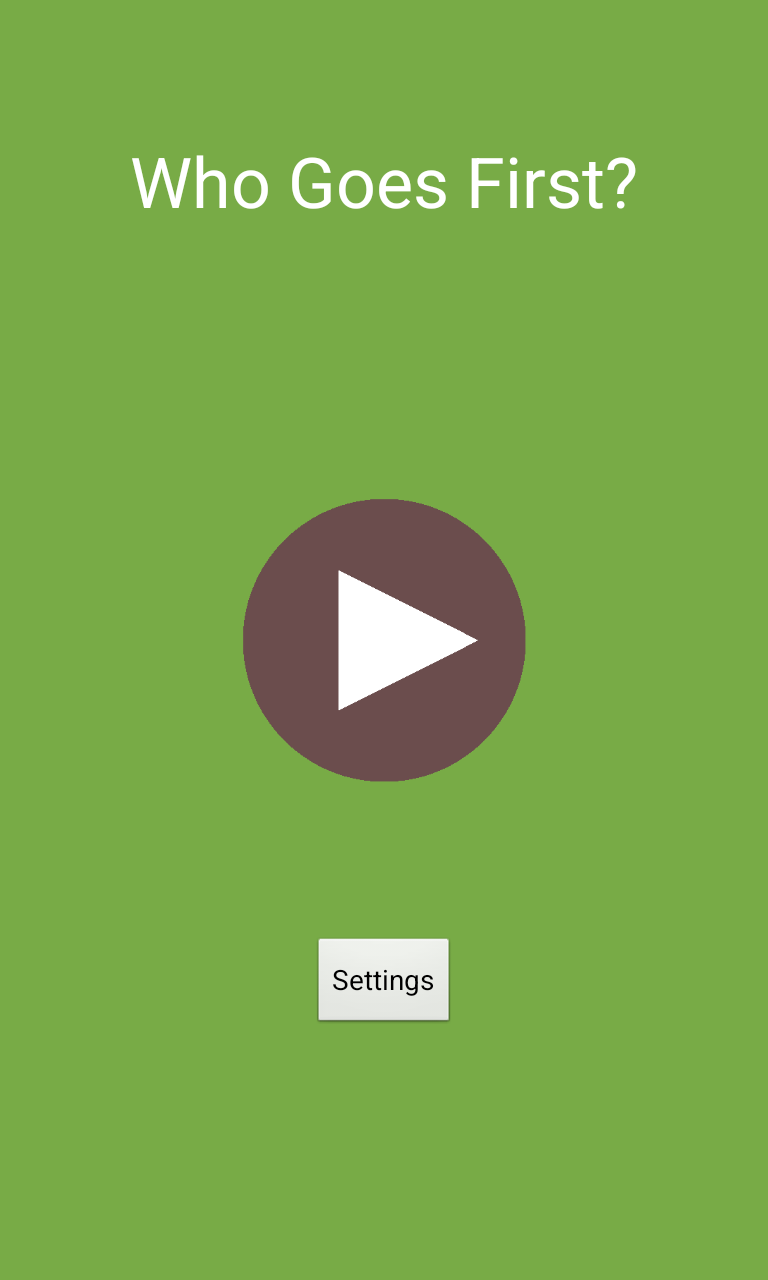
Repository: DarwinLYang/WhoGoesFirstApp
Layout: Who First/WhoFirst/res/layout/fragment_main.xml
An editor plug-in stored every save of this project. The layout is shown before and after the next save, followed by the edit.
It is drawn on a 768 x 1280 px phone screen (xhdpi) without system bars, with theme android:Theme.NoTitleBar.Fullscreen; the app's code is not run.

Above is the layout before, as saved 2014-04-09 21:38:28.

After the next save:
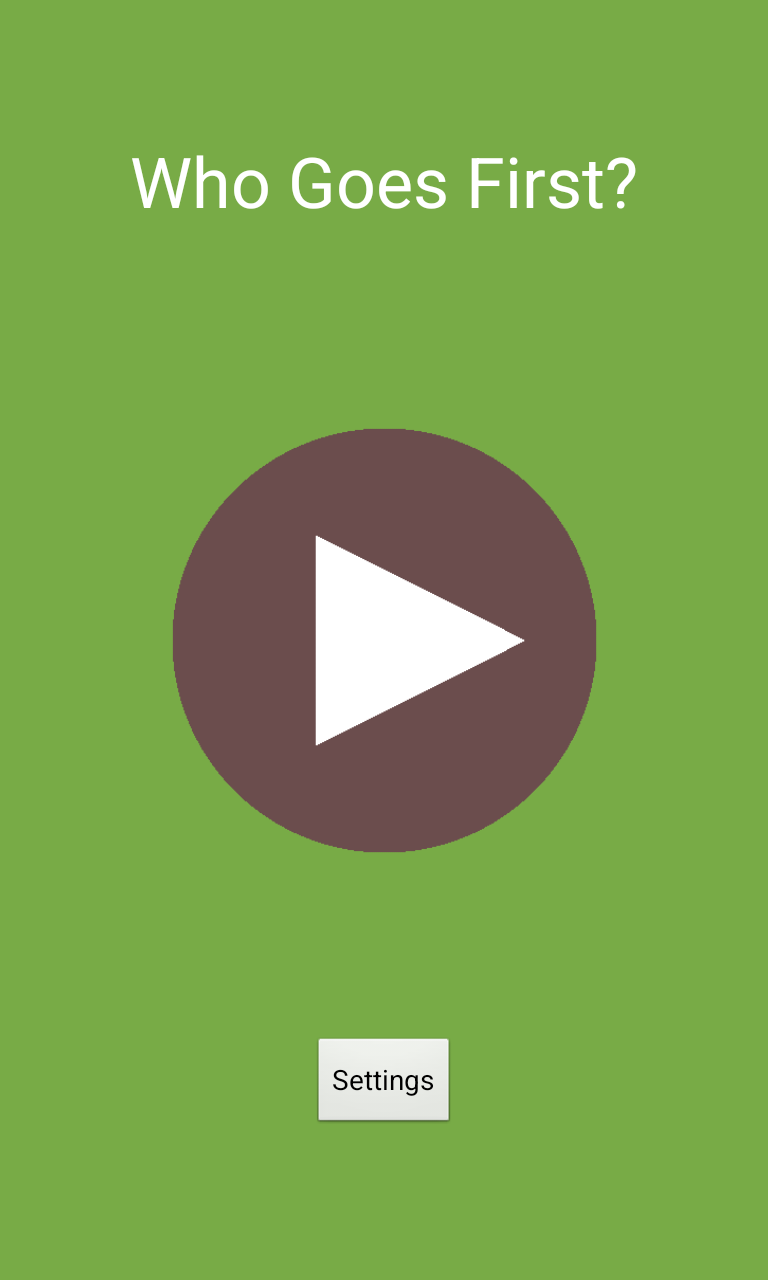
Saved 27 s later.
--- a/Who First/WhoFirst/res/layout/fragment_main.xml
+++ b/Who First/WhoFirst/res/layout/fragment_main.xml
@@ -19,8 +19,8 @@
 
     <ImageButton
         android:id="@+id/questionButton"
-        android:layout_width="200dip"
-        android:layout_height="200dip"
+        android:layout_width="300dip"
+        android:layout_height="300dip"
         android:layout_centerHorizontal="true"
         android:layout_centerVertical="true"
         android:background="@drawable/start_button"
